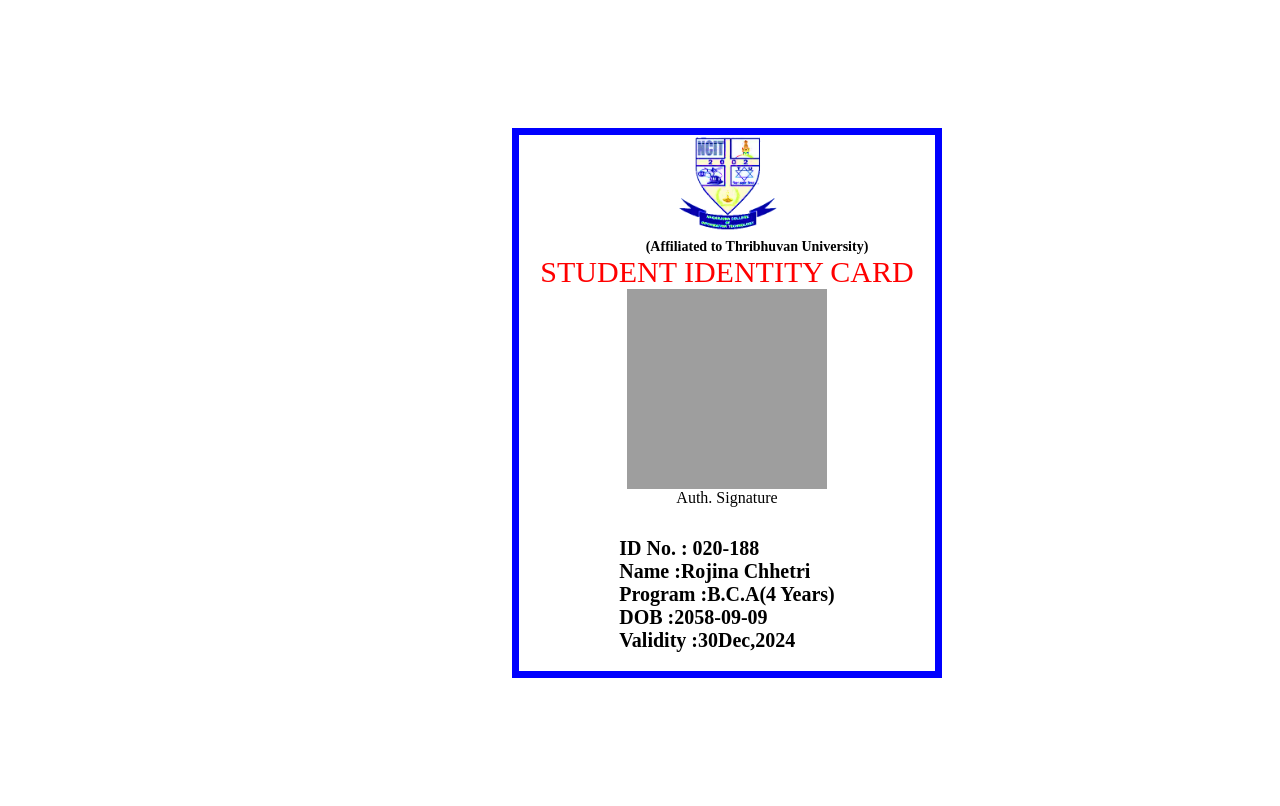
Repository: Rojinachhetri/roji
Page: rojina.html
The author's editor kept a copy of each file at every save. The page is drawn from the files as they stood at one save, then again after the next save.
The browser window is 1280 px wide. The pictures show the whole page.
Pictures or frames that could not be fetched are drawn as grey boxes.

Above is the page before, as saved 2023-04-24 21:52:18.

### rojina.html
<!DOCTYPE html>
<html lang="en">

<head>
    <meta charset="UTF-8">
    <meta http-equiv="X-UA-Compatible" content="IE=edge">
    <meta name="viewport" content="width=device-width, initial-scale=1.0">
    <title>Nagrajuna college</title>
    <link rel="stylesheet" href="rojina.css">
</head>

<body>
    <div class="container">
        <div class="logo">
            <img src="logo1.png" alt="logo" height="100px" width="=200px">

        </div>
        <div class="header">(Affiliated to Thribhuvan University)
        </div>
        <div class="student">STUDENT IDENTITY CARD</div>
        <div class="hero">
            <img src="./rojinaa.jpg" alt="picture" height="200px" width="200px">
            <div>Auth. Signature</div>
        </div>
        <div class="id">
            <div>ID No. : 020-188</div>
            <div>Name :Rojina Chhetri</div>
            <div>Program :B.C.A(4 Years)</div>
            <div>DOB :2058-09-09</div>
            <div>Validity :30Dec,2024</div>
        </div>

    </div>


</body>

</html>

### rojina.css
    * {
        box-sizing: border-box;
        padding: 0px;
        margin: 0px;
    }

    .container {
        width: 430px;
        height: 550px;
        background-color: white;
        border: 7px solid blue;
        display: flex;
        flex-direction: column;
        align-items: center;
        margin: 10% 40% 10% 40%;
    }

    .header {
        font-size: 14px;
        font-weight: bold;
        margin-left: 60px;
    }

    .hero {
        display: flex;
        flex-direction: column;
        align-items: center;
    }

    .student {
        font-size: 30px;
        font-weight: 500;
        font-family: 'Times New Roman', Times, serif;
        color: red;
    }

    .id {
        font-size: 20px;
        margin-top: 30px;
        font-weight: bold;
    }

After the next save:
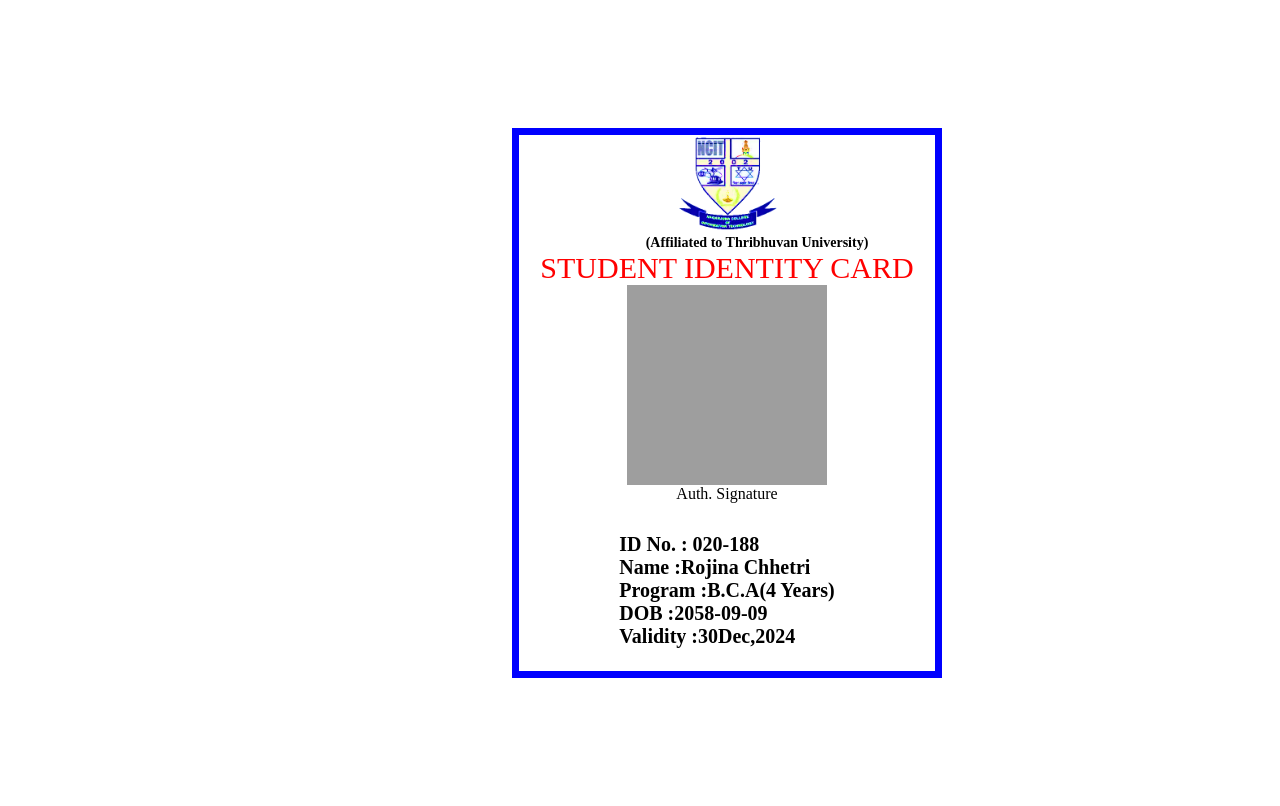
Saved 65 s later.
--- a/rojina.css
+++ b/rojina.css
@@ -13,6 +13,11 @@
         flex-direction: column;
         align-items: center;
         margin: 10% 40% 10% 40%;
+    }
+
+    .logo {
+        height: 100px;
+        width: 100px;
     }
 
     .header {
